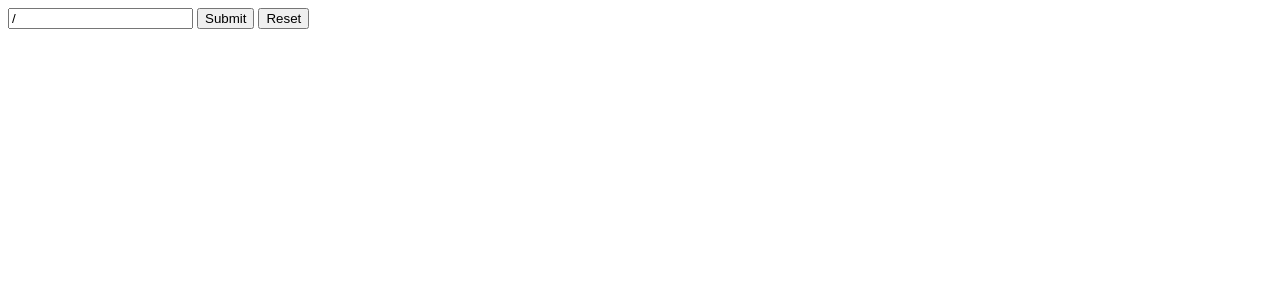
Repository: kdh2212/KDT_code
Page: http://localhost/20250806Web/updForm.jsp
An editor plug-in stored every save of this project. The page is shown before and after the next save, followed by the edit.
The browser window is 1280 px wide. The pictures show the whole page.
The page is served by Tomcat 9. Queries for data that is not in the repository find no rows.

Above is the page before, as saved 2025-08-06 07:07:19.

After the next save:
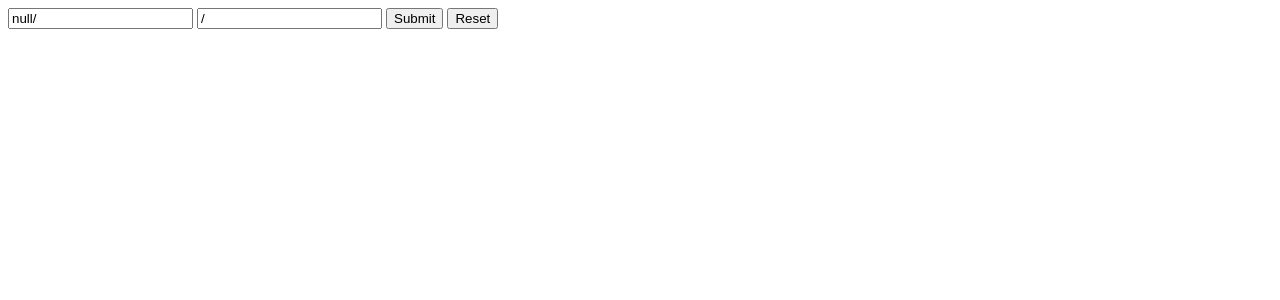
Saved 26 s later.
--- a/20250806Web/src/main/webapp/updForm.jsp
+++ b/20250806Web/src/main/webapp/updForm.jsp
@@ -38,6 +38,7 @@ try {
 }
 %>
 <form action="updResult.jsp">
+<input type="text" name="num"  value=<%=num%>/>
 <input type="text" name="content"  value=<%=content %>/>
 <input type="submit"/>
 <input type="reset"/>
